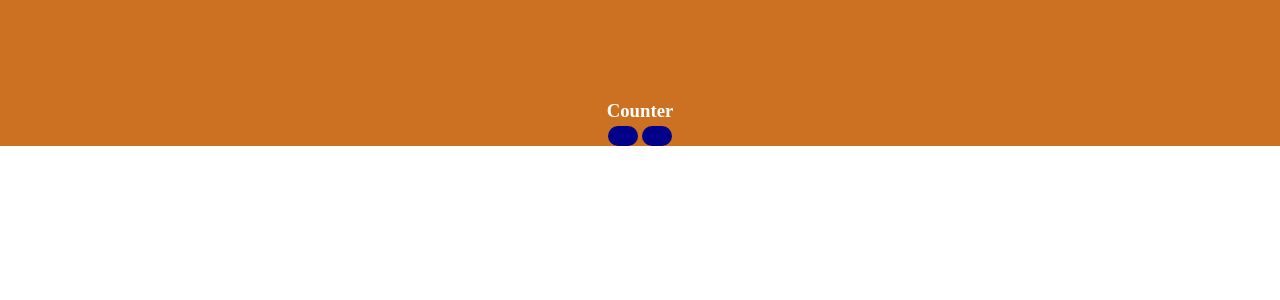
Repository: lusine-tech/counter
Page: index.html
An editor plug-in stored every save of this project. The page is shown before and after a run of saves, followed by the edit.
The browser window is 1280 px wide. The pictures show the whole page.

Above is the page before, as saved 2022-02-14 16:53:15.

After the next 4 saves:
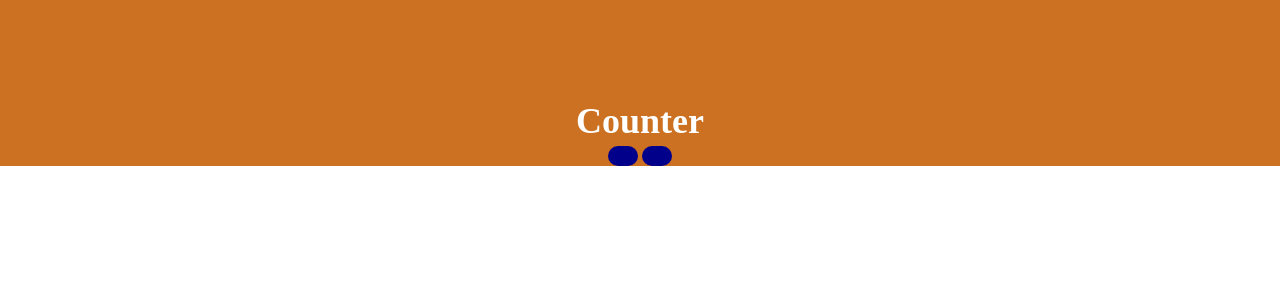
The 4 saves are shown as one change because they came seconds apart.
The last was saved 11 s later.
--- a/style.css
+++ b/style.css
@@ -13,7 +13,8 @@
 }
 .title {
     color: #fff;
-    font-size: ;
+    font-size: 36px;
+    text-transform: ;
 }
 .num {
     font-size: 56px;
